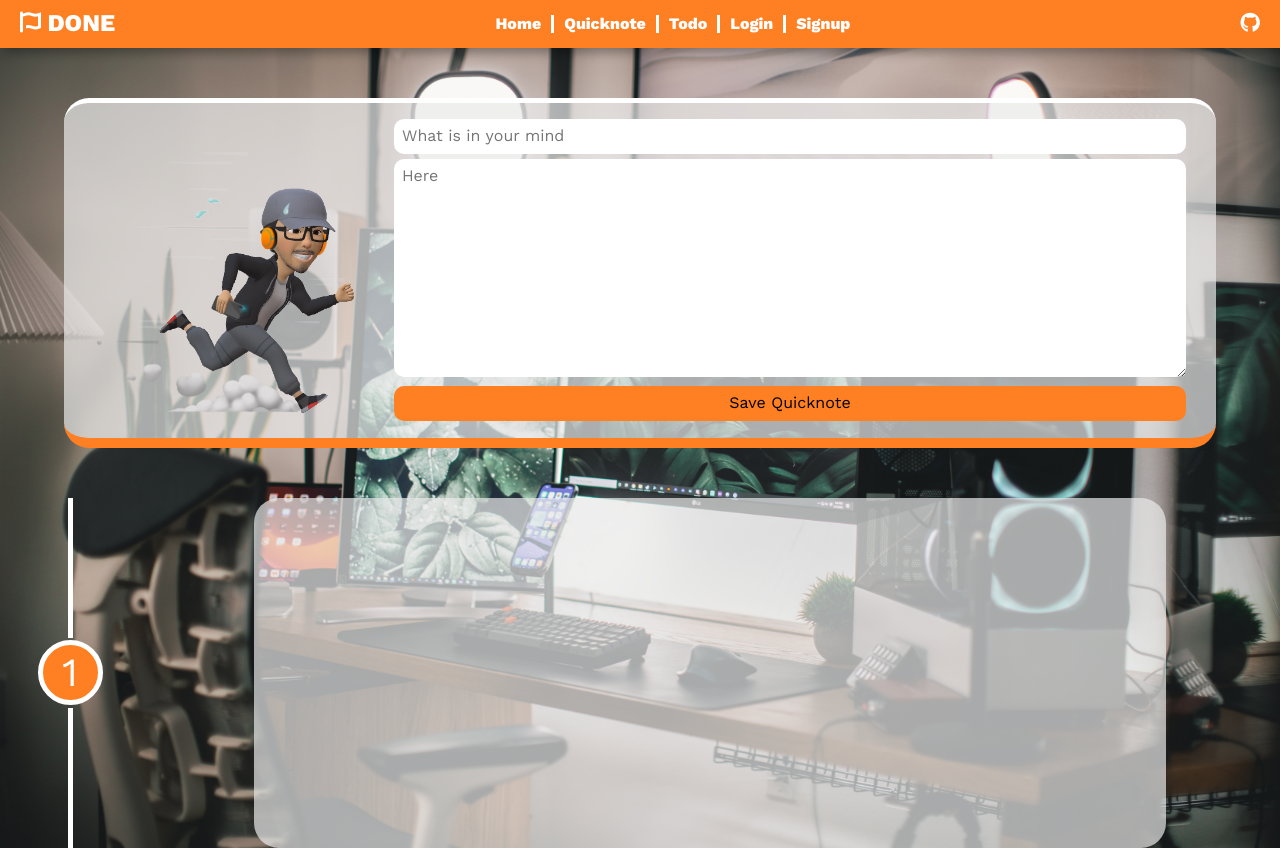
Repository: OmarEssameldinMousa/DONE
Page: quicknote.html
The author's editor kept a copy of each file at every save. The page is drawn from the files as they stood at one save, then again after the next save.
The browser window is 1280 px wide. The pictures show the whole page.
Backgrounds fixed to the window are drawn as part of the page. Some web fonts or font styles are not loaded; a fallback is used.

Above is the page before, as saved 2023-12-18 01:52:39.

### quicknote.html
<!DOCTYPE html>
<html lang="en">

<head>
    <meta charset="UTF-8">
    <meta http-equiv="X-UA-Compatible" content="IE=edge">
    <meta name="viewport" content="width=device-width, initial-scale=1.0">
    <title>My Challenges</title>
    <!-- Render All Elements Normally -->
    <link rel="stylesheet" href="css/normalize.css">
    <!-- Font Awesome Library -->
    <link rel="stylesheet" href="css/all.min.css">
    <!-- Main Template CSS File -->
    <link rel="stylesheet" href="CSS/styles.css">
    <link rel="stylesheet" href="css/challenges.css">
    <!-- Google Fonts -->
    <link rel="preconnect" href="https://fonts.googleapis.com">
    <link rel="preconnect" href="https://fonts.gstatic.com" crossorigin>
    <link
        href="https://fonts.googleapis.com/css2?family=Kablammo&family=VT323&family=Work+Sans:wght@200;300;400;500;600;800&display=swap"
        rel="stylesheet">
    <link rel="preconnect" href="https://fonts.googleapis.com" />
    <link rel="preconnect" href="https://fonts.gstatic.com" crossorigin />
    <link href="https://fonts.googleapis.com/css2?family=Cairo:wght@300;400;700&display=swap" rel="stylesheet" />
</head>

<body>
    <header>
        <nav>
            <!-- Logo with Font Awesome Icon -->
            <div class="logo">
                <i class="fab fa-font-awesome-flag"></i> DONE
            </div>

            <!-- Left-side Navigation Links -->
            <ul class="navlist">
                <li><a href="index.html">Home</a></li>
                <li><a href="quicknote.html">Quicknote</a></li>
                <li><a href="mytasks.html">Todo</a></li>
                <li><a href="#">Login</a></li>
                <li><a href="#">Signup</a></li>
            </ul>

            <!-- Right-side GitHub Icon -->
            <div class="github-icon">
                <a rel="" href="https://github.com/yourusername" target="_blank">
                    <i class="fab fa-github" style="color: white;"></i>
                </a>
            </div>
        </nav>
    </header>

    <div class="addnote">
        <div class="ch_" style="margin: 0px;
        height: auto;">
            <div class="container1 container1addnote">
                <img src="images/omar4.png" alt="">
                <div class="inputfield">
                    <div class="inputtitle">
                        <input type="text" name="title" id="notetitle" placeholder="What is in your mind">
                    </div>
                    <div class="inputnote">
                        <textarea name="notedata" id="notedata" placeholder="Here" rows="11"></textarea>
                    </div>
                    <input type="button" value="Save Quicknote">
                </div>
            </div>
        </div>
    </div>

    <div class="Challenges-website">

        <div class="bar">
            <div class="repated-line-circle">
                <div class="line-circle">
                    <div class="upper-line">
                    </div>
                    <a href="https://elzero.org/frontend-card-with-transparent-img/" target="_self">
                        <div class="circle">
                            <p>1</p>
                        </div>
                    </a>
                    <div class="lower-line"></div>
                </div>
            </div>
        </div>

        <div class="challenges">
            <div class="ch_">
                <div class="container1">
                </div>
            </div>
        </div>

    </div>
</body>

</html>

### CSS/styles.css
/* Start Variables */
:root{
    --main-color: rgba(235, 235, 235, 0.6);
    --secondery-color: #ff7f23;
    --third-color:#333;
    --fourth-color: #6c757d;
}
/* End Variables */
/* Special Heading */
.special-heading{
    color: #ebeced;
    font-size: 100px;
    text-align: center;
    font-weight: 800;
    letter-spacing: -3px;
    margin: 0;

}
.special-heading + p{
    margin-top: -30px;
    text-align: center;
    font-size: 20px;
    color: #797979;
}
/* End Special Heading */
/* Start Global Rules */
*{
    -webkit-box-sizing: border-box;
    -moz-box-sizing: border-box;
    box-sizing: border-box;
}

body{

    font-family: 'Kablammo', cursive;
    font-family: 'Work Sans', sans-serif;
    background-color: #797979;

}

.container{
    padding-left: 15px;
    padding-right: 15px;
    margin-left: auto;
    margin-right: auto;
    background-color: #fff;
    margin: auto;
    width: 600px;
}

/*very small screens*/
@media (max-width: 767px){
    .container{
        .special-heading{
            font-size: 60px;
        }
        .special-heading + p{
            margin-top: -20px;
        }

        .landing{
            flex-direction: column;
            text-align: center;
        }
    }
    .navlist{
        display: none;
    }


}
/*small screens*/
@media (min-width: 768px){
    .container{
        width: 750px;
    }
}
/*Medium screens*/
@media (min-width: 992px){
    .container{
        width: 970px;
    }
}
/*Large screens*/
@media (min-width: 1200px){
    .container{
        width: 1170px;
    }
}
/* End Global Rules */


html{
    scroll-behavior: smooth;
}
/* navigation bar */

nav {
    background-color:  var(--secondery-color);
    color: white;
    display: flex;
    align-items: center;
    justify-content: space-between;
    padding: 10px 20px;
    box-shadow: 5px 5px 10px rgba(0, 0, 0, 0.3);
}
nav ul {
    list-style: none;
    margin: 0;
    padding: 0;
    display: flex;
}
nav ul li {
    margin-right: 10px;
    font-weight: bold;
}
nav ul li:not(:last-child) {
    border-right: solid 3px white;
    padding-right: 10px;
}
nav ul li a {
    text-decoration: none;
    color: white;
}
nav ul li a:hover {
    color: var(--main-color); /* Change color on hover */
}
.logo {
    font-size: 24px;
    font-weight: bold;
}
.github-icon {
    font-size: 20px;
    color: white;
}

.heading{
    display: flex;
    align-items: center;
    justify-content: center;
    margin-top: 50px;
    height: auto;
}

.landing{
    width: 100%;

    background-color: none;
    display: flex;
    flex-direction: row;

}

.landing h1{
    color: var(--secondery-color);
    font-size: 50px;
    font-weight: 900;
    padding: 30px;
}
.landing p{
    font-size: 20px;
}
.landing .logoimage img{
    width: 400px;
    position: relative;
    animation: topdown 2s ease-in-out infinite;
}

.landing .landingtext .buttons{
    margin: 30px;
    top: 150px;
}
@keyframes topdown {
    0%, 100% {
        top: 0; /* Starting and ending position (top) */
    }
    50% {
        top: 5px; /* Middle position (top) */
    }
}


.explore{
    height: auto;
    text-align: center;
    display: block;
    padding: 10px;
    transition: 0.3s;
    width: min-content;
    margin: 30px auto ;
}
.explore a,
.explore h1{
    color: var(--secondery-color);
    font-weight: 900;
    transform: 0.3s;
    text-decoration: none;
}

.landing .logoimage{
    position: relative;
}
.explore a:hover,
.explore:hover{
    background-color:var(--secondery-color);
    border-radius: 20px;
    color: #ebeced;
    cursor: pointer;
}



/* to do demo */
.tododemo{
    height: 100vh;
    background-color: var(--secondery-color);
    box-shadow: rgba(0, 0, 0, 0.3) 0px -4px 20px 9px;

}

### CSS/challenges.css
* {
    -webkit-box-sizing: border-box;
    -moz-box-sizing: border-box;
    box-sizing: border-box;
    padding: 0;
    margin: 0;
}
a {
    text-decoration: none;
    color: black;
}
ul {
    list-style: none;
    margin: 0;
    padding: 0;
}
html {
    scroll-behavior: smooth;
}
body {
    /* background-image: linear-gradient(90deg, #ff7f23  , rgba(235, 235, 235, 0.6)  ); */
    background-image: url(../images/backgroundimage.jpg);
    background-size: cover;
    background-repeat: no-repeat;
    background-attachment: fixed;
}
@media (max-width: 767px){
    body{
        background-image: url(../images/ben-kolde-bs2Ba7t69mM-unsplash.jpg)
    }
    .bar{
        display: none;
    }
    /* .challenges .container1{
        width: 400px;
    }*/
    .ch_:hover .container1{
        width: calc(50%);
        height: 550px;
        background-color: rgba(211, 211, 211, 0.6);
    }

}
/*small screens*/
@media (min-width: 768px){
    /* .container1{
        width: 600px;
    } */
}
/*Medium screens*/
@media (min-width: 992px){
    /* .container1{
        width: 800px;
    } */
}
/*Large screens*/
@media (min-width: 1200px){
    /* .container1{
        width: 1000px;
    } */
}
.Challenges-website{
    display: flex;


}
/*start bar*/
.Challenges-website .bar{
    width: 140px;
    padding: 0 67.5px;
    height: auto;
}
.Challenges-website .bar .repated-line-circle{
    width: 5px;
    height: 100%;
}
.Challenges-website .bar .line-circle{
    display: flex;
    flex-direction: column;
    width: 100%;
    height: 100%;
    justify-content: space-between;
    align-items: center;
}
.Challenges-website .bar .line-circle .upper-line{
    width: 100%;
    height: 40%;
    background-color: white;

}
.Challenges-website .bar .line-circle .circle{
    width: 65px;
    height: 65px;
    background-color: #ff7f23;
    border-radius: 50%;
    text-align: center;
    position: relative;
    transition: 0.3s;
    border: 5px solid white;
}
.Challenges-website .bar:hover .circle{
    width: 110px;
    height: 110px;
    border-radius: 40%;

}
.Challenges-website .bar:hover .circle + p{
    font-size: 70px;
    color: white
}
.Challenges-website .bar .line-circle .circle p{
    position: absolute;
    left: 50%;
    top: 50%;
    transform: translate(-50%, -50%);
    font-size: 40px;
    color: white;
}
.line-circle .circle p a{
    text-decoration: none;
}
.Challenges-website .bar .line-circle .lower-line{
    width: 5px;
    height: 40%;
    background-color: white;
}
/*end bar*/
/* start challenges*/
.Challenges-website .challenges{
    display: flex;
    flex: 1;
    justify-content: center;
    background-color: transparent;
    flex-direction: column;
    height: auto;
}
.ch_{
    height: auto;
    padding-top: 0px;
    position: relative;
}

.container1{
    background-color: rgba(235, 235, 235, 0.694);
    width: 80%;
    height: 350px;
    margin: 0px auto;
    border-radius: 25px;
    border-width: 0;
    transition: 0.3s;
    position: relative;
}
.ch_:hover .container1{
    width: calc(80% + 20px);
    height: 360px;
    background-color: rgba(211, 211, 211, 0.6);
}


.container1addnote{
    border-bottom: #ff7f23 solid 10px;
    border-top: white solid 5px;
    margin: 50px auto;
    min-height: 300px;
    width: 90%;

    display: flex;
    align-items: center;
    /* Adjust spacing as needed */
    justify-content: center;
    padding: 30px;
    /* Optional: To adjust the width of the container */


}

/* ---------------------------------------------------------------------------------------- */


.flex-container {
    display: flex;
    align-items: center;
    /* Optional: To adjust spacing between image and inputs */
    gap: 20px;
}

.inputfield {
    display: flex;
    flex: 1;
    flex-direction: column;
    gap: 5px;
}

.inputtitle input,
.inputnote textarea,
input[type="button"] {
    width: 100%;
    padding: 8px;
    border: 0px solid #ccc;
    border-radius: 10px;
}
input[type="button"]{
    background-color: #ff7f23;
}

img {
    max-width: 300px; /* Adjust the size of the image */
    height: auto;
}

Loaded but not shown: CSS/normalize.css (library); CSS/all.min.css (library)

After the next save:
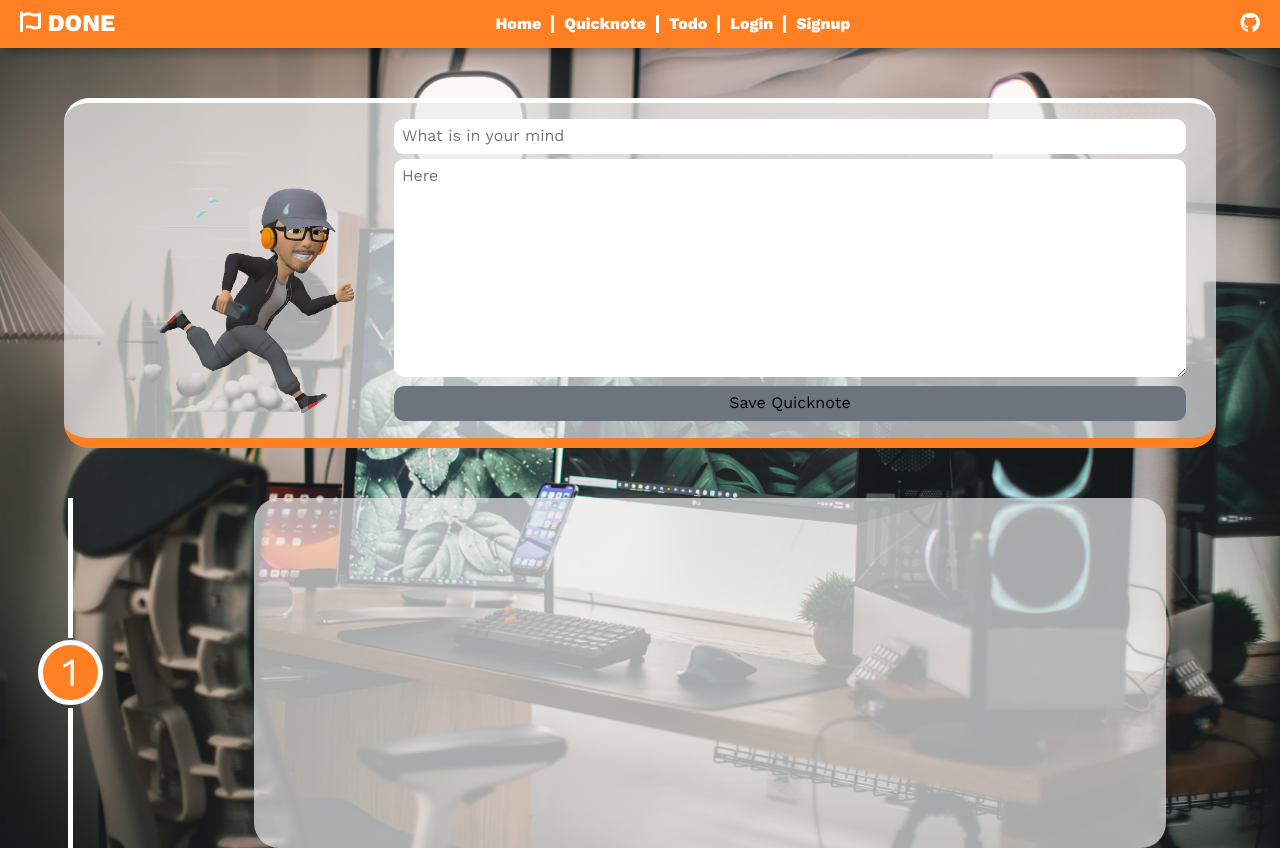
Saved 44 s later.
--- a/CSS/challenges.css
+++ b/CSS/challenges.css
@@ -200,7 +200,7 @@ input[type="button"] {
     border-radius: 10px;
 }
 input[type="button"]{
-    background-color: #ff7f23;
+    background-color: #6c757d;
 }
 
 img {
